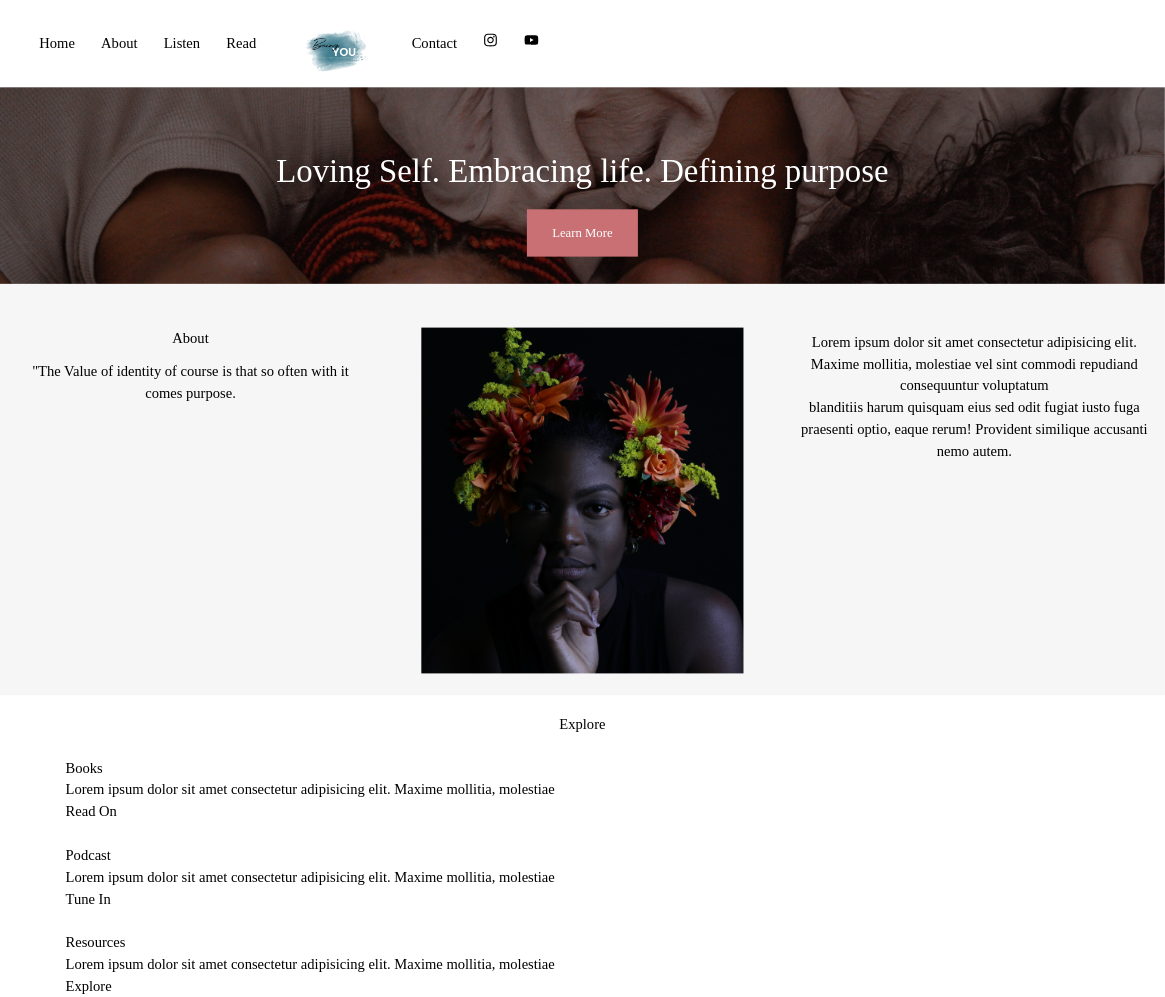
Repository: BrightonMboya/being-you
Page: /
An editor plug-in stored every save of this project. The page is shown before and after the next save, followed by the edit.
The browser window is 1280 px wide. The pictures show the whole page, at 91% of full size.
The project was rebuilt for these pictures with package versions that can differ from the ones it lists, and the page was loaded fresh each time.

Above is the page before, as saved 2022-05-28 16:55:56.

### src/index.css
@tailwind base;
@tailwind components;
@tailwind utilities;

@layer base {
    html {
        font-family: Cormorant Garamond;
    }
}

### src/App.js
import React from "react";
import NavBar from './Components/Navbar/NavBar';
import HeroSection from "./Components/Hero-Section/HeroSection";
import About from "./Components/About/About"
import Explore from "./Components/Podcast/Explore";

function App() {
  return (
    <React.Fragment>
     <NavBar/>
     <HeroSection/>
     <About/>
     <Explore/>
    </React.Fragment>
  );
}

export default App;

### src/Components/Navbar/NavBar.jsx
import React, { useState } from 'react'
import { Link } from 'react-scroll'
import logo from '../../assets/logo.png'
import { FaBars, FaTimes, FaInstagram, FaYoutube } from 'react-icons/fa'

const NavBar = () => {
  const [nav, setNav] = useState(false)
  const handleClick = () => setNav(!nav)
  return (
    <React.Fragment>
      <div className="flex items-center justify-between shadow-md">
        <div className="md:hidden">
          <img src={logo} alt="" className="object-cover w-28 h-28" />
        </div>

        {/* menu */}
        <ul className="hidden md:flex gap-[4vh] ml-[6vh] mt-4">
          <li className="mt-5">
            <Link to="home" smooth={true} duration={500}>
              Home
            </Link>
          </li>
          <li className="mt-5">
            <Link to="about" smooth={true} duration={500}>
              About
            </Link>
          </li>
          <li className="mt-5">
            <Link to="listen" smooth={true} duration={500}>
              Listen
            </Link>
          </li>
          <li className="mt-5">
            <Link to="read" smooth={true} duration={500}>
              Read
            </Link>
          </li>
          <li>
            <img src={logo} alt="" className="object-cover w-30 h-20" />
          </li>
          <li className="mt-5">
            <Link to="contact" smooth={true} duration={500}>
              Contact
            </Link>
          </li>
          <li className="mt-5">
            <FaInstagram className="" />
          </li>
          <li className="mt-5">
            <FaYoutube />
          </li>
        </ul>

        {/* Hamburger Menu */}
        <div className="md:hidden z-10" onClick={handleClick}>
          {!nav ? (
            <FaBars className="text-2xl w-full mr-8" />
          ) : (
            <FaTimes className="text-3xl  mr-3" />
          )}
        </div>

        {/* mobile menu */}
        <ul
          className={
            !nav
              ? 'hidden'
              : 'absolute top-0 left-0 w-full h-[60vh] flex flex-col justify-center items-center'
          }
        >
          <li className="text-2xl py-5">
            <Link onClick={handleClick} to="home" smooth={true} duration={500}>
              Home
            </Link>
          </li>
          <li className="text-2xl">
            <Link to="about" smooth={true} duration={500}>
              About
            </Link>
          </li>
          <li className="text-2xl">
            <Link to="listen" smooth={true} duration={500}>
              Listen
            </Link>
          </li>
          <li className="text-2xl">
            <Link to="read" smooth={true} duration={500}>
              Read
            </Link>
          </li>

          <li className="text-2xl">
            <Link to="contact" smooth={true} duration={500}>
              Contact
            </Link>
          </li>
        </ul>
      </div>
    </React.Fragment>
  )
}

export default NavBar

### src/Components/Hero-Section/HeroSection.jsx
import React from 'react'
import hero from '../../assets/hero.png'

const HeroSection = () => {
  return (
    <div
      style={{
        backgroundImage: `url(${hero})`,
        objectPosition: 'cover',
      }}
      className="object-cover bg-cover bg-no-repeat h-[30vh] md:h-[30vh]"
    >
      <div className="flex flex-col items-center justify-center pt-[7vh]">
        <h3 className="text-center text-lg text-white font-medium py-[3vh] md:text-4xl">
          Loving Self. Embracing life. Defining purpose
        </h3>

        <button className="bg-[#C87073] text-white mb-5 px-5 py-1 text-sm md:py-4 px-7 text-lg">
          Learn More
        </button>
      </div>
    </div>
  )
}

export default HeroSection

### src/Components/About/About.jsx
import React from "react";
import about from "../../assets/about.jpg";

const About = () => {
  return (
    <div className="flex flex-col justify-center items-center bg-[#F6F6F6]">
      <div className="py-6 md:grid grid-cols-3 gap-3">
        <div className="mt-6">
          <h3 className="text-center">About</h3>
          <p className="text-center px-4 md:mt-3">
            "The Value of identity of course is that so often with it comes
            purpose.
          </p>
        </div>
        <img src={about} alt="" className="mt-6 px-8" />
        <p className="text-center px-3 text-sm mt-7 md:text-base">
          Lorem ipsum dolor sit amet consectetur adipisicing elit. Maxime
          mollitia, molestiae vel sint commodi repudiand consequuntur voluptatum
            <br/>
          blanditiis harum quisquam eius sed odit fugiat iusto fuga praesenti
          optio, eaque rerum! Provident similique accusanti nemo autem.
        </p>
      </div>
    </div>
  );
};

export default About;

### src/Components/Podcast/Explore.jsx
import React from "react";
import ExploreCard from "./ExploreCard";
import book from "../../assets/book.svg";
import podcast from "../../assets/podcast.svg";
import resources from "../../assets/resources.svg";

const Explore = () => {
  return (
    <div className="mt-5">
      <h3 className="text-center">Explore</h3>
      <div className="flex flex-col px-8 ml-10">
        <ExploreCard
          img={book}
          title="Books"
          description="Lorem ipsum dolor sit amet consectetur adipisicing elit. Maxime mollitia, molestiae "
          action="Read On"
        />
        <ExploreCard
          img={podcast}
          title="Podcast"
          description="Lorem ipsum dolor sit amet consectetur adipisicing elit. Maxime mollitia, molestiae "
          action="Tune In"
        />
        <ExploreCard
          img={resources}
          title="Resources"
          description="Lorem ipsum dolor sit amet consectetur adipisicing elit. Maxime mollitia, molestiae "
          action="Explore"
        />

      </div>
    </div>
  );
};

export default Explore;

### src/Components/Podcast/ExploreCard.jsx
import React from 'react'

const ExploreCard = (props) => {
  return (
    <div className='mt-6'>
        <img src={props.image} alt="" />
        <h3>{props.title}</h3>
        <p>{props.description}</p>

        <button>{props.action}</button>
    </div>
  )
}

export default ExploreCard

Loaded but not shown: public/index.html (common file); src/index.js (common file); tailwind.config.js (common file)

After the next save:
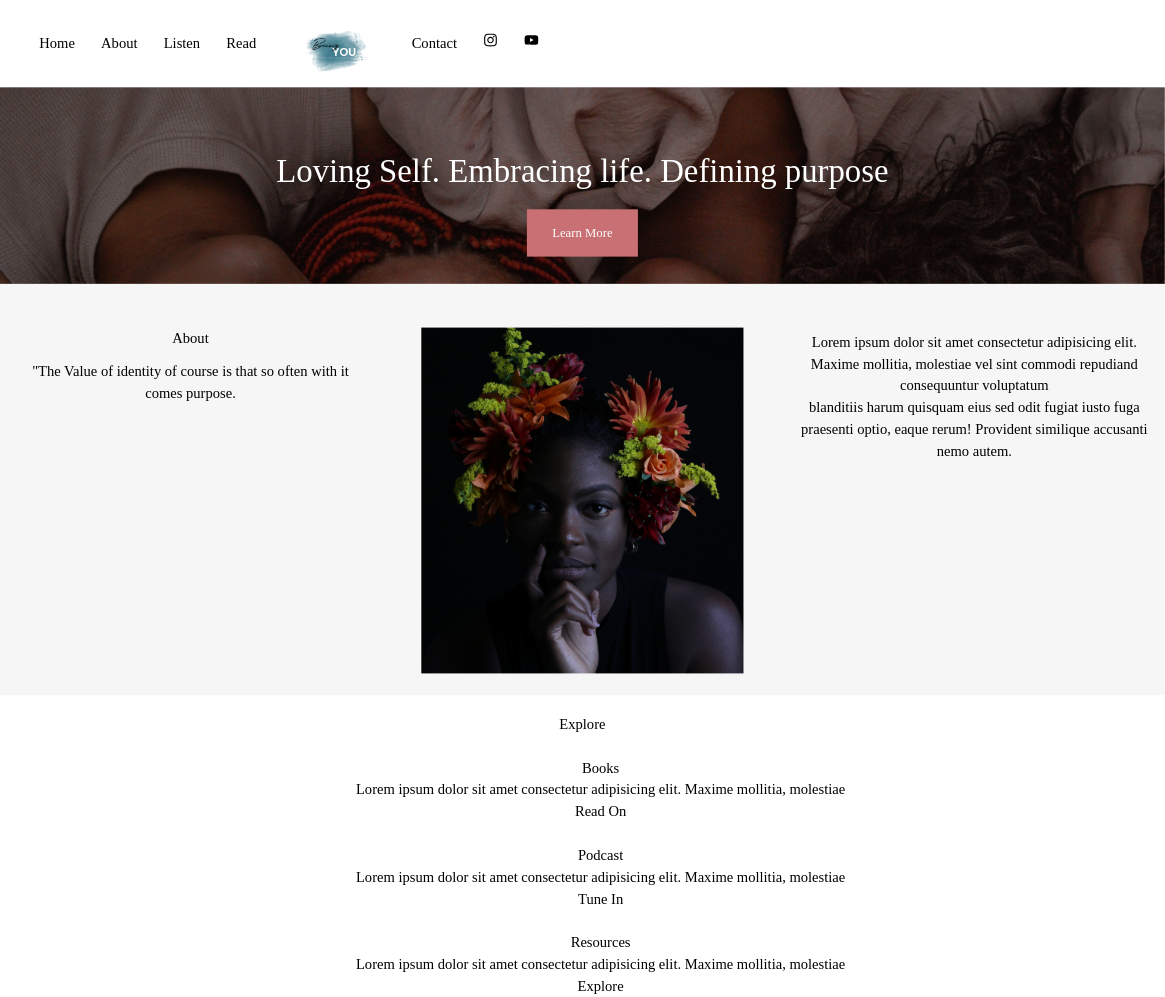
Saved 63 s later.
--- a/src/Components/Podcast/ExploreCard.jsx
+++ b/src/Components/Podcast/ExploreCard.jsx
@@ -1,15 +1,17 @@
-import React from 'react'
+import React from "react";
 
 const ExploreCard = (props) => {
   return (
-    <div className='mt-6'>
+    <div className="mt-6">
+      <div className="flex flex-col items-center">
         <img src={props.image} alt="" />
         <h3>{props.title}</h3>
         <p>{props.description}</p>
 
         <button>{props.action}</button>
+      </div>
     </div>
-  )
-}
+  );
+};
 
-export default ExploreCard
+export default ExploreCard;
